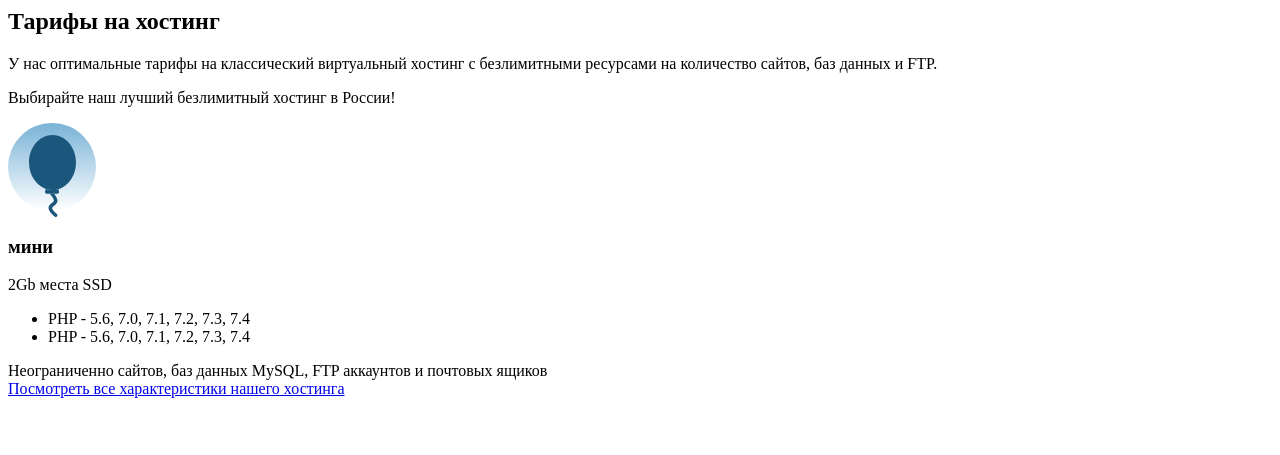
Repository: Inzhir2022/hosting
Page: src/_includes/_tariffs.html
An editor plug-in stored every save of this project. The page is shown before and after the next save, followed by the edit.
The browser window is 1280 px wide. The pictures show the whole page.

Above is the page before, as saved 2022-07-16 17:32:48.

### src/_includes/_tariffs.html
<section class="tariffs">
  <div class="container">
    <h2 class="tariffs__title">Тарифы на хостинг</h2>
    <div class="tariffs__text">
      <p>У нас оптимальные тарифы на классический виртуальный хостинг с безлимитными ресурсами на количество сайтов, баз данных и FTP.</p>
      <p>Выбирайте наш лучший <span class="tariffs__text_bold"> безлимитный</span> хостинг в России!</p>
    </div>
    <div class="tariffs__cards cards-block">
      <div class="card tariffs__card">
        <div class="card__header">
          <img src="../img/tariffs/tariffs_mini.svg" alt="icon">
          <h3 class="card__title">мини</h3>

        </div>
        <div class="card__body">
          <div class="card__subheader">2Gb места SSD </div>
          <ul class="card__list">
            <li class="card__item">PHP - 5.6, 7.0, 7.1, 7.2, 7.3, 7.4</li>
            <li class="card__item">PHP - 5.6, 7.0, 7.1, 7.2, 7.3, 7.4</li>

          </ul>
        </div>
      </div>
    </div>
    <div class="cards-block__descr">Неограниченно сайтов, баз данных MySQL, FTP аккаунтов и почтовых ящиков</div>
    <div class="tariffs__link-more">
      <a href="#">Посмотреть все характеристики нашего хостинга</a>
    </div>
  </div>
</section>

After the next save:
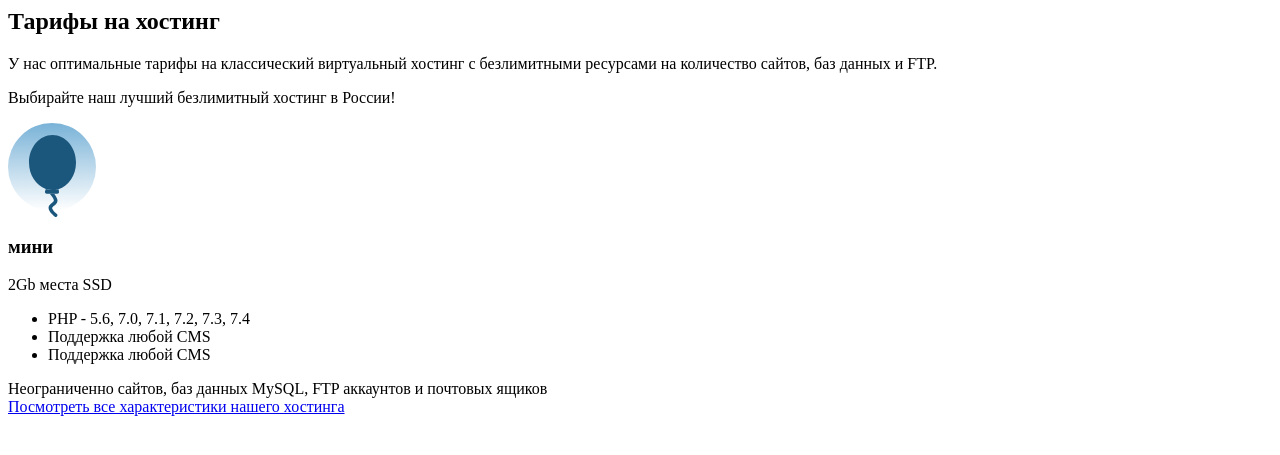
Saved 11 s later.
--- a/src/_includes/_tariffs.html
+++ b/src/_includes/_tariffs.html
@@ -16,7 +16,8 @@
           <div class="card__subheader">2Gb места SSD </div>
           <ul class="card__list">
             <li class="card__item">PHP - 5.6, 7.0, 7.1, 7.2, 7.3, 7.4</li>
-            <li class="card__item">PHP - 5.6, 7.0, 7.1, 7.2, 7.3, 7.4</li>
+            <li class="card__item">Поддержка любой CMS</li>
+            <li class="card__item">Поддержка любой CMS</li>
 
           </ul>
         </div>
